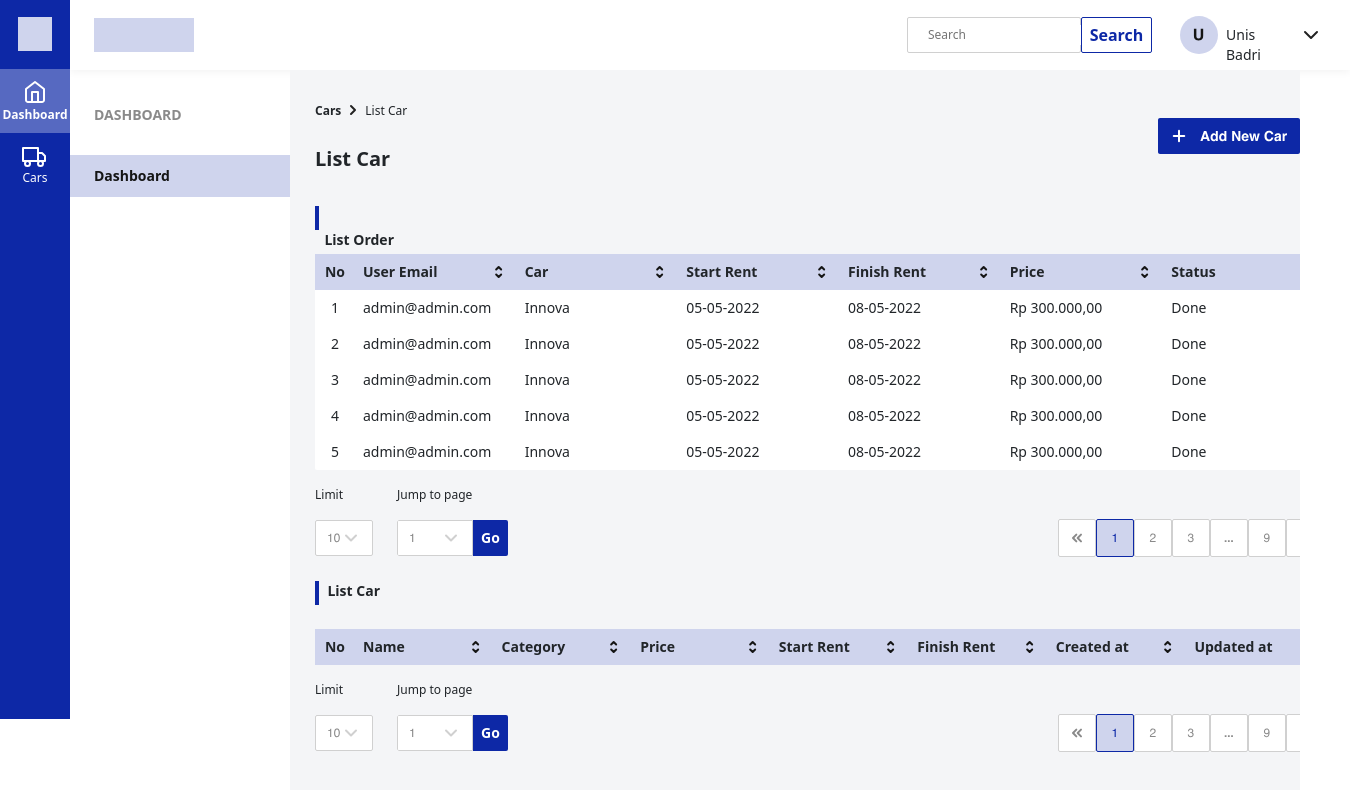
Repository: farrelmuhammad/challenge-7-binar
Page: /carlist
These files come from the project's save history. The page is drawn as it stood at one moment and after the next save; the edit follows.
The browser window is 1280 px wide. The page is 1350 px wide, so the pictures cover 1350 px, including what lies to the right of the window. The pictures show the whole page.
The project was rebuilt for these pictures with package versions that can differ from the ones it lists, and the page was loaded fresh each time. Also part of the build but not shown: src/component/navbar.js, src/component/header.js, src/component/footer.js, src/App.js, src/component/admin/Dashboard/index.jsx, src/pages/admin/Dashboard.js, src/component/searchForm.js, src/pages/cars.js.

Above is the page before, as saved 2022-05-27 19:30:09.

### src/index.css
body {
  font-family: Helvetica Neue, Helvetica, Arial, sans-serif;
  font-style: normal;
  font-weight: normal;
  font-size: 14px;
  line-height: 20px;
  margin: 0;
  padding: 0;
}

h1,
h2,
h3,
h4,
h5 {
  line-height: 150%;
}

.header{
  background-color: #F1F3FF;
}

.footer i {
  color: #0D28A6;
  font-size: x-large;
}

.bg-darkblue{
  background-color: #0D28A6;
}

.logo {
  background-color: #0D28A6;
  width: 100px;
  height: 34px;
}

code {
  font-family: source-code-pro, Menlo, Monaco, Consolas, 'Courier New',
    monospace;
}

.card-cari {
  width: 1047px;
  /* height: 106px; */
  margin-top: -50px;
  z-index: 2;
}
.button-cari {
  width: 92px !important;
  margin-top: 30px;
  height: 36px;
}
.activeCari {
  height: 100%;
  width: 0;
  position: fixed;
  z-index: 2;
  top: 0;
  left: 0;
  background-color: rgba(0, 0, 0, 0.5);
  overflow-x: hidden;
  transition: 0.5s;
  padding-top: 34px;
}

### src/component/admin/Navbar.jsx
import { Link } from 'react-router-dom';
import './Navbar.css';

const Navbar = () => {
  return (
    <header>
      {/* navbar top */}
      <div className="nav-top navbar">
        <div className="logo"></div>
        <span
          className="icon-menu iconify"
          data-icon="charm:menu-hamburger"
          data-width="24"
        ></span>
        <form className="nav-search d-flex">
          <div className="box-search">
            <span
              className="iconify"
              data-icon="akar-icons:search"
              data-width="18"
            ></span>
            <input type="search" placeholder="Search" />
          </div>
          <button className="button-search" type="submit">
            Search
          </button>
        </form>
        <div className="profile">
          <img src="img/profile.svg" alt="profile" />
          <p>Unis Badri</p>
          <img className="dropdown" src="img/dropdown.svg" alt="dropdown" />
        </div>
      </div>

      {/* navbar side */}
      <div className="nav-side">
        <div className="nav-blue">
          <div className="square"></div>
          <div className="frame-menu">
            <div className="dash-img" id="active">
              <a href="/dashboard">
                <img src="/img/dashboard.svg" alt="dashboard" />
              </a>
              <a href="/dashboard">Dashboard</a>
            </div>
            <div className="dash-img">
              <Link to="/carlist">
              <a>
                <img src="/img/cars.svg" alt="cars" />
                Cars
              </a>
              </Link>
            </div>
          </div>
        </div>
        <div className="nav-white">
          <div className="title-menu">
            <h1>DASHBOARD</h1>
          </div>
          <div className="list-menu">
            <h1>Dashboard</h1>
          </div>
        </div>
      </div>
    </header>
  );
};

export default Navbar;

### src/component/admin/Cars/index.jsx

import "./Content.css";

const CarsListContent= () => {
  const dataOrder = [
    {
      id: "1",
      email: "admin@admin.com",
      car: "Innova",
      start: "05-05-2022",
      finish: "08-05-2022",
      price: "Rp 300.000,00",
      status: "Done",
    },
    {
      id: "2",
      email: "admin@admin.com",
      car: "Innova",
      start: "05-05-2022",
      finish: "08-05-2022",
      price: "Rp 300.000,00",
      status: "Done",
    },
    {
      id: "3",
      email: "admin@admin.com",
      car: "Innova",
      start: "05-05-2022",
      finish: "08-05-2022",
      price: "Rp 300.000,00",
      status: "Done",
    },
    {
      id: "4",
      email: "admin@admin.com",
      car: "Innova",
      start: "05-05-2022",
      finish: "08-05-2022",
      price: "Rp 300.000,00",
      status: "Done",
    },
    {
      id: "5",
      email: "admin@admin.com",
      car: "Innova",
      start: "05-05-2022",
      finish: "08-05-2022",
      price: "Rp 300.000,00",
      status: "Done",
    },
  ];


  return (
    <>
      <div className="content">
        <div className="breadcrumb">
          <h1>Cars</h1>
          <img src="img/arrow-right.svg" alt="arrow-right" />
          <p>List Car</p>
        </div>
        <div className="row">
            <div className="col">
                <h1 className="title-h1">List Car</h1>
            </div>
            <div className="col mt-5 text-end">
                <img src="img/btn-addcar.svg" alt="add new"/>
            </div>
        </div>
        <div className="list-order">
          <img src="img/line-blue.svg" alt="" />
          <h1>List Order</h1>
        </div>

        {/* order table */}
        <div className="list-table">
          <table className="table table-borderless" id="dashTab">
            <thead>
              <tr>
                <th style={{ textAlign: "center" }}>No</th>
                <th>
                  User Email
                  <img className="sort" src="img/sort.svg" alt="sort" />
                </th>
                <th>
                  Car
                  <img className="sort" src="img/sort.svg" alt="sort" />
                </th>
                <th>
                  Start Rent
                  <img className="sort" src="img/sort.svg" alt="sort" />
                </th>
                <th>
                  Finish Rent
                  <img className="sort" src="img/sort.svg" alt="sort" />
                </th>
                <th>
                  Price
                  <img className="sort" src="img/sort.svg" alt="sort" />
                </th>
                <th>
                  Status
                  <img className="sort" src="img/sort.svg" alt="sort" />
                </th>
              </tr>
            </thead>
            <tbody>
              {dataOrder?.map((order, i) => (
                <>
                  <tr key={order.id}>
                    <td style={{ textAlign: "center" }}>
                      {i + 1}
                    </td>
                    <td>{order.email}</td>
                    <td>{order.car}</td>
                    <td>{order.start}</td>
                    <td>{order.finish}</td>
                    <td>{order.price}</td>
                    <td>{order.status}</td>
                  </tr>
                </>
              ))}
            </tbody>
          </table>
        </div>

        {/* table navigation */}
        <div className="table-nav">
          <div className="limit-nav">
            <p>Limit</p>
            <img src="img/form-drop.svg" alt="form-drop" />
          </div>
          <div className="jump-nav">
            <p>Jump to page</p>
            <img src="img/form-drop-2.svg" alt="form-drop-2" />
          </div>
          <div className="go-nav">
            <h1>Go</h1>
          </div>
          <div className="page-number">
            <img src="img/page-number.svg" alt="page-number" />
          </div>
        </div>

        <div className="list-car">
          <img src="img/line-blue.svg" alt="" />
          <h1>List Car</h1>
        </div>
        {/* car table */}
        <div className="list-table">
          <table className="table table-borderless">
            <thead>
              <tr>
                <th style={{ textAlign: "center" }}>No</th>
                <th>
                  Name
                  <img className="sort" src="img/sort.svg" alt="sort" />
                </th>
                <th>
                  Category
                  <img className="sort" src="img/sort.svg" alt="sort" />
                </th>
                <th>
                  Price
                  <img className="sort" src="img/sort.svg" alt="sort" />
                </th>
                <th>
                  Start Rent
                  <img className="sort" src="img/sort.svg" alt="sort" />
                </th>
                <th>
                  Finish Rent
                  <img className="sort" src="img/sort.svg" alt="sort" />
                </th>
                <th>
                  Created at
                  <img className="sort" src="img/sort.svg" alt="sort" />
                </th>
                <th>
                  Updated at
                  <img className="sort" src="img/sort.svg" alt="sort" />
                </th>
              </tr>
            </thead>
            <tbody>
              {/* {dataCarAdmin?.map((car, i) => (
                <>
                  <tr>
                    <td key={car.id} style={{ textAlign: "center" }}>
                      {i + 1}
                    </td>
                    <td>{car.name}</td>
                    <td>{car.category}</td>
                    <td>{car.price}</td>
                    <td>{car.start_rent_at}</td>
                    <td>{car.finish_rent_at}</td>
                    <td>{car.createdAt}</td>
                    <td>{car.updatedAt}</td>
                  </tr>
                </>
              ))} */}
            </tbody>
          </table>
        </div>

        {/* table navigation */}
        <div className="table-nav">
          <div className="limit-nav">
            <p>Limit</p>
            <img src="img/form-drop.svg" alt="form-drop" />
          </div>
          <div className="jump-nav">
            <p>Jump to page</p>
            <img src="img/form-drop-2.svg" alt="form-drop-2" />
          </div>
          <div className="go-nav">
            <h1>Go</h1>
          </div>
          <div className="page-number">
            <img src="img/page-number.svg" alt="page-number" />
          </div>
        </div>
      </div>
    </>
  );
};

export default CarsListContent

### src/component/admin/Navbar.css
h1 {
    font-size: 14px;
    line-height: 20px;
}

header .nav-top {
    position: absolute;
    width: 1280px;
    height: 70px;
    left: 70px;
    right: 0;
    top: 0px;
    box-shadow: 0px 2px 8px rgba(0, 0, 0, 0.05);
}

header .nav-top .logo {
    position: absolute;
    width: 100px;
    height: 34px;
    left: 24px;
    top: 18px;
    background: #CFD4ED;
}

header .nav-top .icon-menu {
    position: absolute;
    width: 24px;
    height: 24px;
    left: 244px;
    top: 23px;
}

header .nav-top .nav-search {
    display: flex;
    flex-direction: row;
    align-items: flex-start;
    padding: 0px;
    position: absolute;
    width: 245px;
    height: 36px;
    left: 837px;
    top: 17px;
}

header .nav-top .nav-search .box-search {
    display: flex;
    flex-direction: row;
    align-items: center;
    padding-left: 12px;
    width: 174px;
    height: 36px;
    border: 1px solid #D0D0D0;
    border-radius: 2px;
    font-size: 12px;
    line-height: 18px;
    color: #8A8A8A;
}

header .nav-top .nav-search .box-search > input {
    border: none;
    outline: none;
    padding-left: 8px;
}

header .nav-top .nav-search .button-search {
    display: flex;
    flex-direction: row;
    justify-content: center;
    align-items: center;
    padding: 8px 12px;
    width: 71px;
    height: 36px;
    background-color: white;
    border: 1px solid #0D28A6;
    border-radius: 2px;
    font-weight: 700;
    color:#0D28A6;
}

header .nav-top .profile {
    display: flex;
    flex-direction: row;
    align-items: center;
    position: absolute;
    width: 143px;
    height: 38px;
    left: 1110px;
    right: 24px;
    top: 16px;
}

header .nav-top .profile > p {
    position: absolute;
    width: 65px;
    height: 20px;
    left: 46px;
    top: 9px;
    font-weight: 400;
    font-size: 14px;
    line-height: 20px;
}

header .nav-top .profile .dropdown {
    position: absolute;
    width: 24px;
    height: 24px;
    left: 119px;
    top: 7px;
}

header .nav-side {
    position: absolute;
    width: 290px;
    height: 100%;
    left: 0px;
    top: -1px;
}

header .nav-side .nav-blue {
    position: absolute;
    left: 0%;
    right: 75.86%;
    top: 0%;
    bottom: 0%;
    background: #0D28A6;
}

header .nav-side .nav-blue .square {
    position: absolute;
    width: 34px;
    height: 34px;
    left: 18px;
    top: 18px;
    background: #CFD4ED;
}

header .nav-side .nav-blue .frame-menu {
    display: flex;
    flex-direction: column;
    align-items: flex-start;
    padding: 0px;
    position: absolute;
    width: 70px;
    height: 128px;
    left: 0px;
    top: 70px;
}

header .nav-side .nav-blue .frame-menu .dash-img {
    display: flex;
    flex-direction: column;
    justify-content: center;
    align-items: center;
    padding: 20px 23px;
    position: static;
    width: 70px;
    height: 64px;
    left: 0px;
    top: 0px;
}

#active {
    font-weight: 700;
    background: rgba(255, 255, 255, 0.3);
}

header .nav-side .nav-blue .frame-menu .dash-img a {
    font-size: 12px;
    line-height: 18px;
    margin-top: 2px;
    text-decoration: none;
    color: white;
}

header .nav-side .nav-blue img:last-child {
    margin-top: 0;
}

header .nav-side .nav-white {
    position: absolute;
    left: 24.14%;
    right: 0%;
    top: 7.76%;
    bottom: 0.22%;
}

header .nav-side .nav-white .title-menu {
    position: absolute;
    width: 220px;
    height: 42px;
    left: 24px;
    top: 50px;
}

header .title-menu h1 {
    font-weight: 700;
    color: #8A8A8A;
    left: 24px;
}

header .nav-side .nav-white .list-menu {
    position: static;
    margin-top: 100px;
    width: 220px;
    height: 42px;
    padding: 11px 24px;
    background: #CFD4ED;
}

header .list-menu h1 {
    font-weight: 700;
    color: #151515;
    left: 24px;
}

### src/component/admin/Cars/Content.css
.content {
    position: absolute;
    overflow: auto;
    left: 290px;
    top: 70px;
    /* width: 1280px; */
    height: 100%;
    background: #F4F5F7;
    font-size: 14px;
    line-height: 20px;
}

.content .breadcrumb {
    position: absolute;
    width: 300px;
    height: 18px;
    left: 25px;
    top: 32px;
}

.content .breadcrumb > h1 {
    font-size: 12px;
    line-height: 18px;
    font-weight: 700;
}

.content .breadcrumb > p {
    font-size: 12px;
    line-height: 18px;
    font-weight: 300;
}

.content .breadcrumb > img {
    width: 16px;
    height: 16px;
    margin-left: 4px;
    margin-right: 4px;
}

.content .title-h1 {
    font-size: 20px;
    line-height: 30px;
    font-weight: 700;
    margin-left: 25px;
    margin-top:74px;
}

.content .list-order {
    margin-top: 24px;
    position: absolute;
    width: 79px;
    height: 24px;
    margin-left: 25px;
}

.content .list-order > img {
    width: 4px;
    height: 24px;
}

.content .list-order > h1 {
    float: right;
    font-weight: 700;
    margin-left: 8px;
}

.content .list-table table {
    margin-left: 25px;
    margin-top: 72px;
    width: 100%;
    table-layout: fixed;
    background-color: white;
    border: 1px solid none;
    border-radius: 2px;
}

.content .list-table table thead {
    background-color: rgba(207, 212, 237, 1);
    font-weight: 700;
}

.content .list-table table thead th:first-child {
    width: 40px;
}

.content .list-table table thead th > img {
    float: right;
}

.content .table-nav {
    display: flex;
    flex-direction: row;
    width: 1010px;
    font-size: 12px;
    line-height: 18px;
    font-weight: 300;
}

.content .table-nav .limit-nav{
    margin-left: 25px;
}

.content .table-nav .limit-nav p {
    font-size: 12px;
    line-height: 18px;
}

.content .table-nav .jump-nav {
    margin-left: 24px;
}

.content .table-nav .jump-nav p {
    font-size: 12px;
    line-height: 18px;
}

.content .table-nav .go-nav {
    width: 43px;
    height: 36px;
    margin-top: 34px;
    background: #0D28A6;
    border-radius: 0px 2px 2px 0px;
}

.content .table-nav .go-nav > h1 {
    text-align: center;
    font-weight: bold;
    color: white;
    padding: 8px 8px;
}

.content .table-nav .page-number {
    margin-top: 33px;
    margin-left: 550px;
}

.content .list-car {
    margin-top: 24px;
    position: absolute;
    width: 65px;
    height: 24px;
    margin-left: 25px;
}

.content .list-car > img {
    width: 4px;
    height: 24px;
}

.content .list-car > h1 {
    float: right;
    font-weight: 700;
    margin-left: 8px;
}

.content .title-button-car {
    display: inline-flex;
}

.content .title-button-car > h1 {
    margin-right: 800px;
}

.content .title-button-car > a img {
    margin-top: 74px;
}

.content .button-category {
    margin-top: 24px;
    margin-left: 8px;
    display: inline-flex;
}

.content .button-category img {
    margin-left: 16px;
}

.content .cars-card {
    width: 320px;
    height: 482px;
    margin-left: 25px;
    margin-top: 24px;
    box-shadow: 0px 0px 4px rgba(0, 0, 0, 0.15);
    border-radius: 8px;
}

.content .cars-card .card-img-top {
    width: 270px;
    height: 160px;
    margin: auto;
    margin-top: 55px;
}

.content .cars-card .card-body {
    padding: 24px;
}

.content .cars-card .card-body .bold-h1 {
    font-weight: 700;
    font-size: 16px;
    line-height: 24px;
    margin-bottom: 0;
}

.content .cars-card .card-body-text {
    display: inline-flex;
    width: 303px;
    height: 20px;
    margin-top: 16px;
}

.content .cars-card .card-body-text img {
    margin-right: 8px;
    width: 20px;
    height: 20px;
}

.content .cars-card .button-card {
    display: inline-flex;
    margin-left: 8px;
    margin-top: 24px;
}

.content .cars-card .button-card img {
    width: 120px;
}

.content .cars-card .button-card img:last-child {
    margin-left: 16px;
}

.content .form-add-new-car {
    width: 1010px;
    height: 350px;
    background: white;
    margin-top: 32px;
    margin-left: 25px;
}

.content .form-add-new-car .content-form {
    padding-top: 16px;
    padding-left: 25px;
    font-weight: 300;
    font-size: 12px;
    line-height: 18px;
}

.content .form-add-new-car .content-form label {
    width: 147px;
}

.content .form-add-new-car .content-form input {
    width: 339px;
    height:auto;
    border: 1px solid #D0D0D0;
    border-radius: 2px;
    color: #8A8A8A;
    font-weight: 300;
    font-size: 12px;
    line-height: 18px;
}

.content .form-add-new-car .content-form .content-box {
    margin-left: 4px;
}

.content .form-add-new-car .content-h1 h1 {
    display: inline-flex;
    margin-left: 25px;
    margin-top: 16px;
    font-weight: 300;
    font-size: 12px;
    line-height: 18px;
}

.content .form-add-new-car .content-h1 h1:first-child {
    width: 147px;
}

.content .form-add-new-car .content-h1 h1:last-child {
    margin-left: 8px;
}

.content .button-form {
    display: inline-flex;
    margin-left: 9px;
}

.content .button-form img {
    margin-left: 16px;
    margin-top: 282px;
    margin-bottom: 40px;
}

Loaded but not shown: public/index.html (common file); src/app/store.js (common file); src/reportWebVitals.js (common file); src/features/counter/counterAPI.js (common file); src/features/counter/counterSlice.js (73 lines, source omitted); src/index.js (26 lines, source omitted); src/Routes.js (23 lines, source omitted); src/pages/admin/CarsList.js (14 lines, source omitted); src/component/admin/Dashboard/Content.css (293 lines, source omitted)

After the next save:
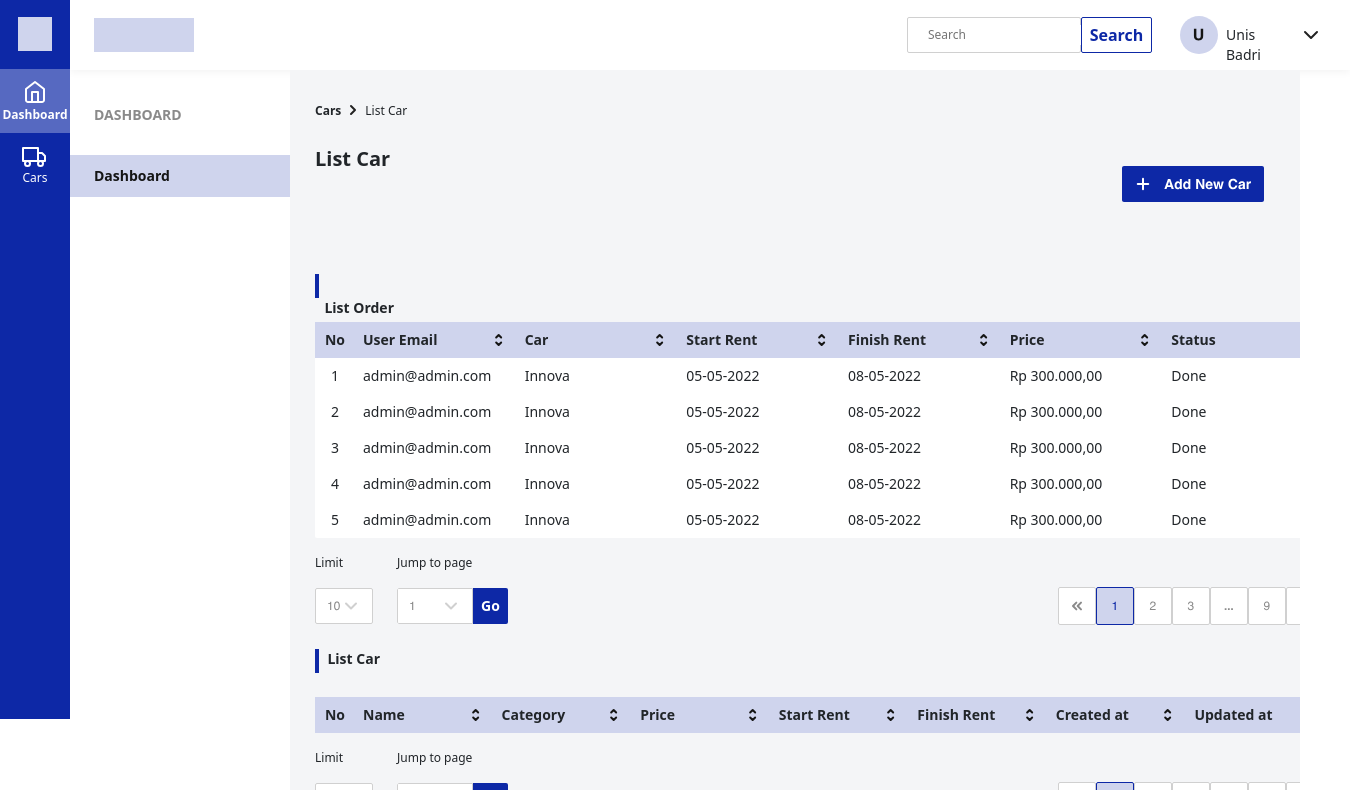
Saved 7 s later.
--- a/src/component/admin/Cars/index.jsx
+++ b/src/component/admin/Cars/index.jsx
@@ -63,7 +63,7 @@ const CarsListContent= () => {
             <div className="col">
                 <h1 className="title-h1">List Car</h1>
             </div>
-            <div className="col mt-5 text-end">
+            <div className="col mt-5 p-5 text-end">
                 <img src="img/btn-addcar.svg" alt="add new"/>
             </div>
         </div>
